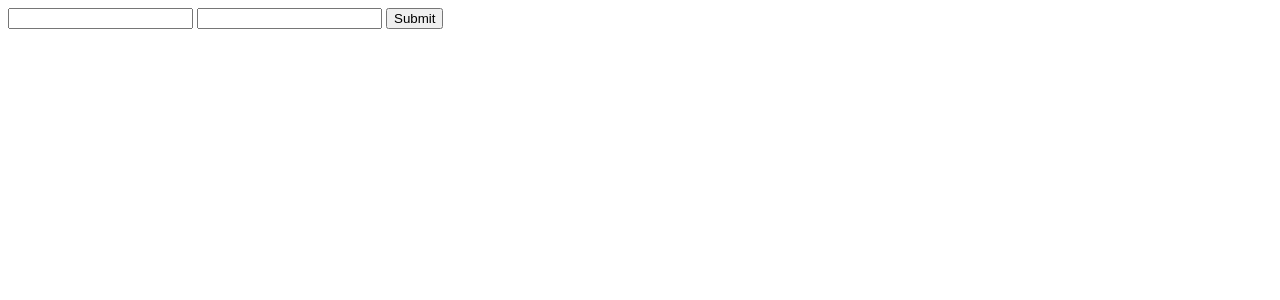
Repository: ahmadOlawale008/JSP-and-Serverlets
Page: DemoApp/src/main/webapp/NewFile.html
The author's editor kept a copy of each file at every save. The page is drawn from the files as they stood at one save, then again after the next save.
The browser window is 1280 px wide. The pictures show the whole page.

Above is the page before, as saved 2024-07-18 09:44:43.

After the next save:
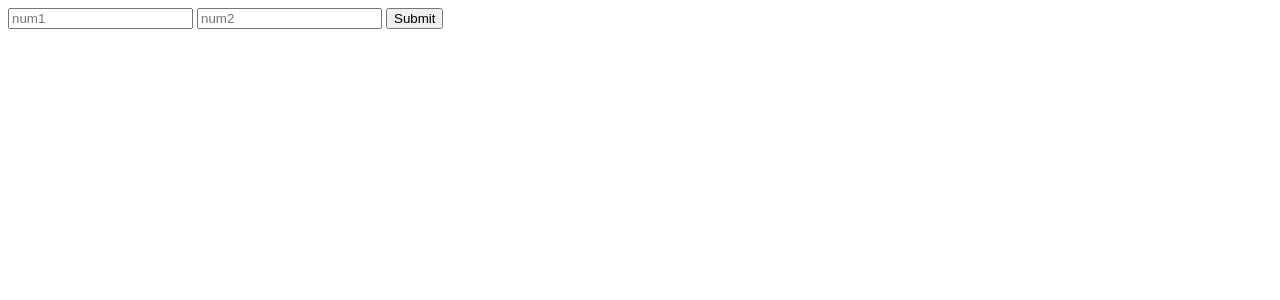
Saved 44 s later.
--- a/DemoApp/src/main/webapp/NewFile.html
+++ b/DemoApp/src/main/webapp/NewFile.html
@@ -5,9 +5,9 @@
 <title>Insert title here</title>
 </head>
 <body>
-<form action="">
-<input type="text" name="num1" />
-<input type="text" name="num2" />
+<form action="" method="post">
+<input type="text" placeholder="num1" name="num1" />
+<input type="text" placeholder="num2" name="num2" />
 <input type="submit"  value="Submit" />
 </form>
 </body>
